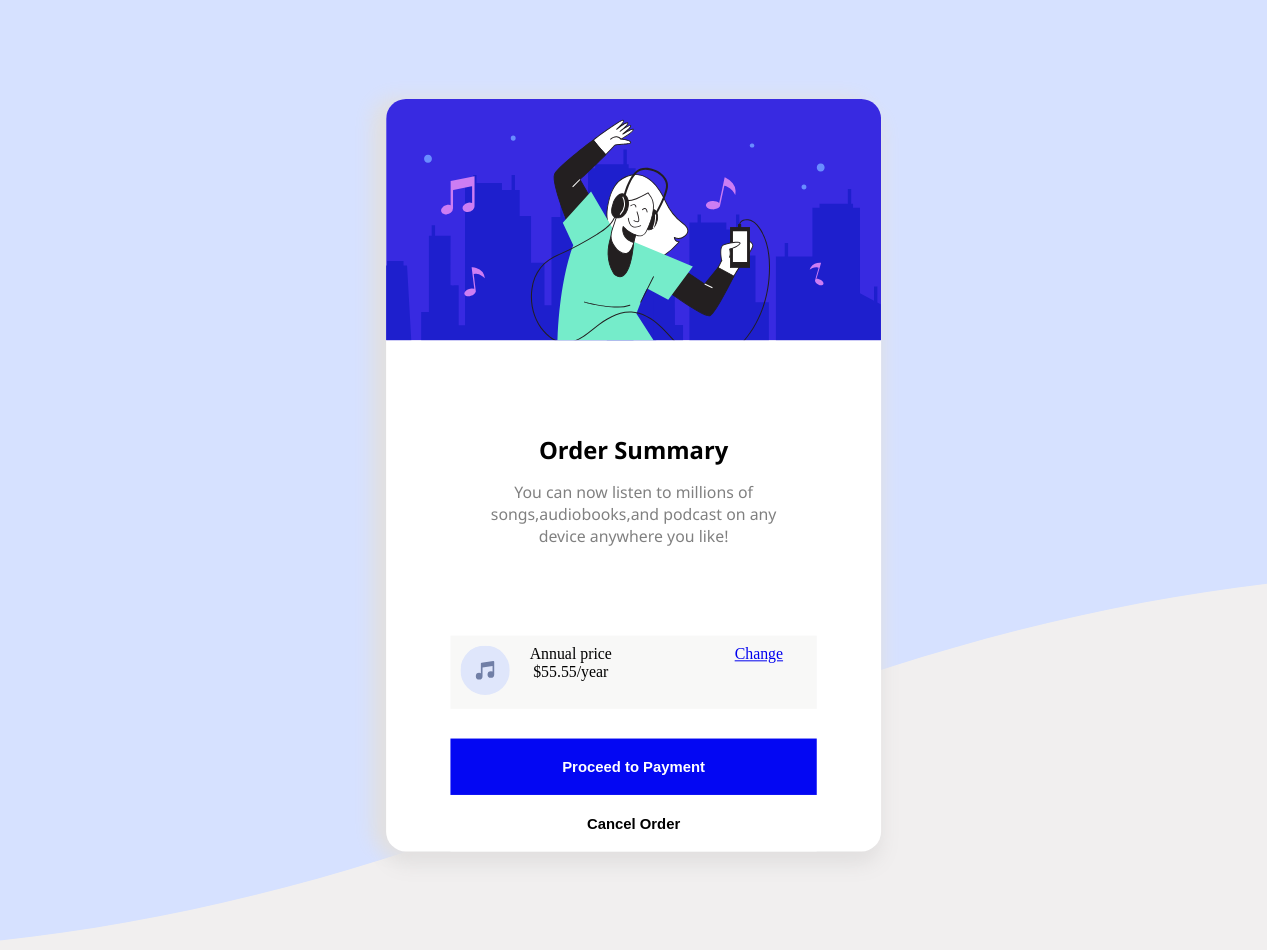
Repository: Eugene44-hub/newbie-project
Page: index.html
These files come from the project's save history. The page is drawn as it stood at one moment and after a run of saves; the edit follows.
The browser window is 1280 px wide. The pictures show the whole page, at 99% of full size.

Above is the page before, as saved 2021-08-29 09:39:21.

After the next 2 saves:
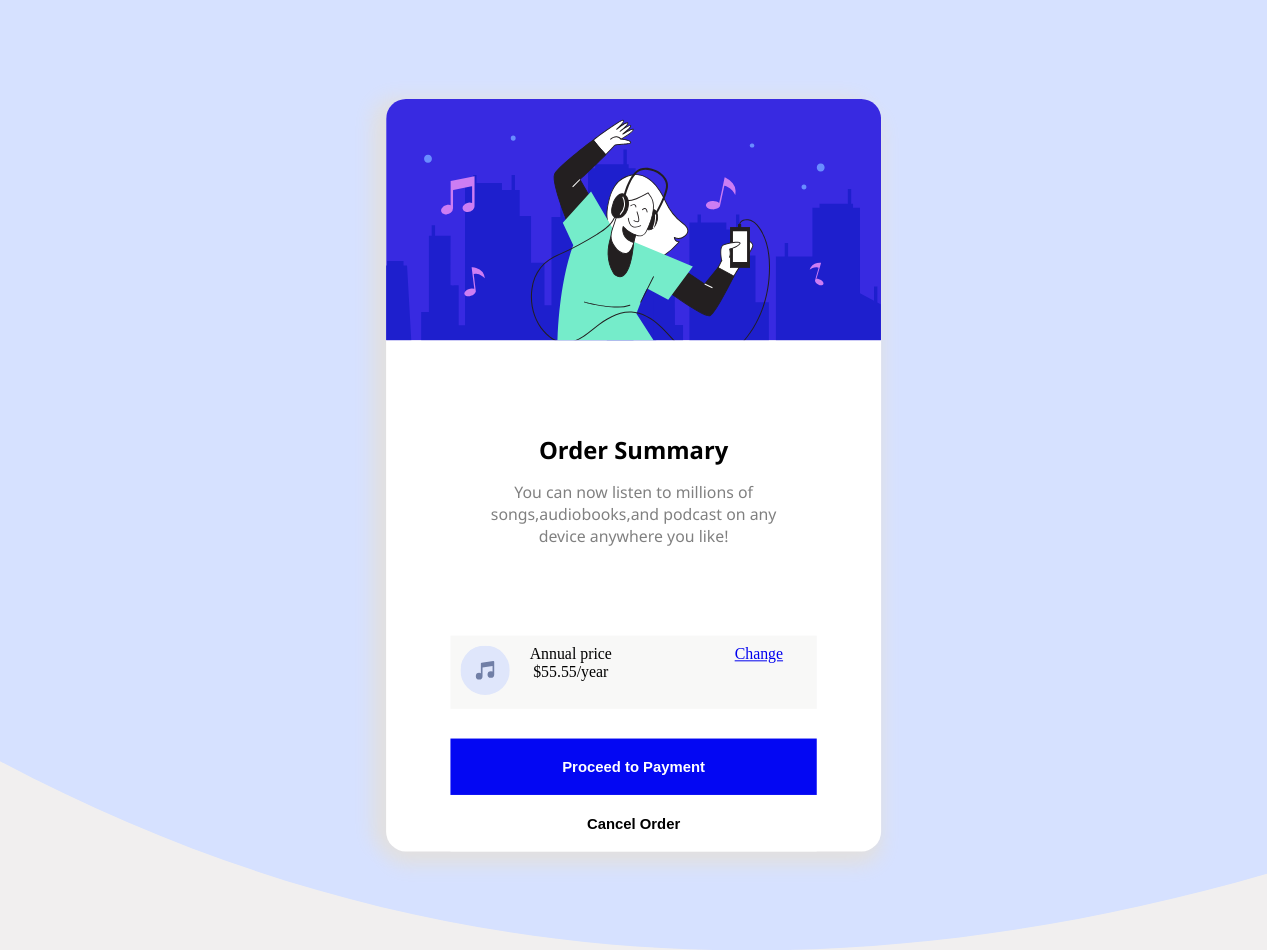
The 2 saves are shown as one change because they came seconds apart.
The last was saved 22 s later.
--- a/style.css
+++ b/style.css
@@ -6,7 +6,7 @@
 .container {
     background-image: url('pattern-background-desktop.svg');
     background-repeat: no-repeat;
-    background-position: center;
+    background-position: c;
     background-size: cover;
     padding: 100px;
     background-color: rgb(241, 239, 239);

After the save that followed:
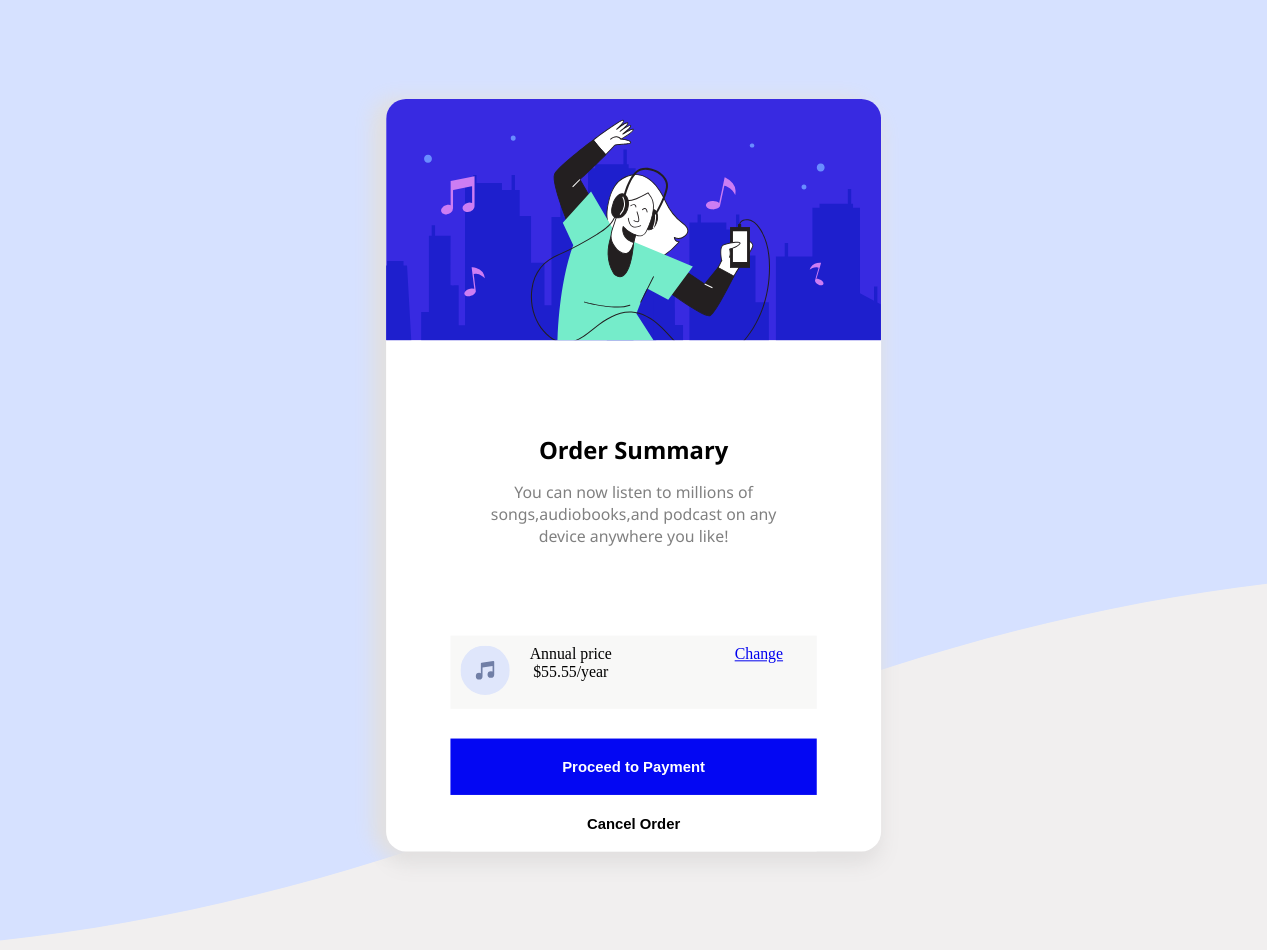
Saved 6 s later.
--- a/style.css
+++ b/style.css
@@ -6,7 +6,7 @@
 .container {
     background-image: url('pattern-background-desktop.svg');
     background-repeat: no-repeat;
-    background-position: c;
+    background-position: top;
     background-size: cover;
     padding: 100px;
     background-color: rgb(241, 239, 239);
